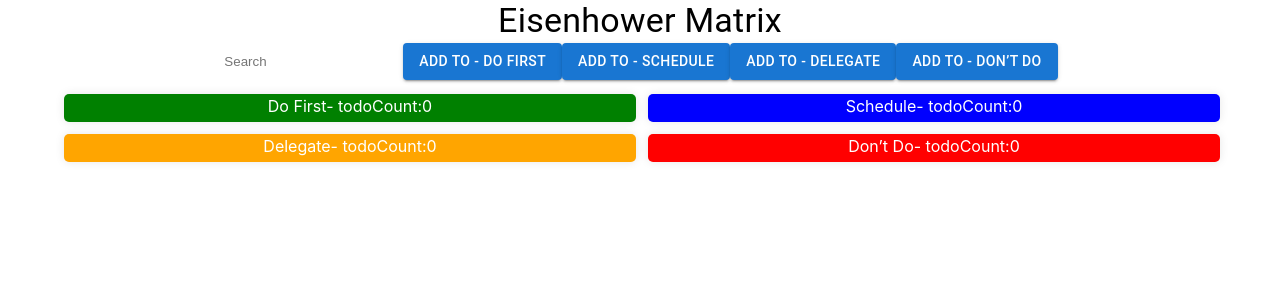
Repository: GokulDev4U/Krixi_react_assignment
Page: /
These files come from the project's save history. The page is drawn as it stood at one moment and after the next save; the edit follows.
The browser window is 1280 px wide. The pictures show the whole page.
The project was rebuilt for these pictures with package versions that can differ from the ones it lists, and the page was loaded fresh each time.

Above is the page before, as saved 2022-04-04 16:26:06.

### src/App.js
import React, { useState } from "react";
import { Container, Grid, Button, Typography } from "@mui/material";
import Card from "./Components/card/Card";
import { useDispatch } from "react-redux";
import { addDoFirst } from "./features/todo/todoSlice";
import { addSchedule } from "./features/todo/todoScheduleSlice";
import { addDelegate } from "./features/todo/todoDelegateSlice";
import { addDontDo } from "./features/todo/todoDontDoSlice";
import "./App.css";

function App() {
  const dispatch = useDispatch();
  const [todo, setTodo] = useState("");
  let finalTodo = todo;
  const handleChange = (e) => {
    setTodo(e.target.value);
  };
  const handleDoFirstButtonClick = (e) => {
    e.preventDefault();
    e.stopPropagation();
    dispatch(addDoFirst(finalTodo));
    setTodo("");
  };
  const handleScheduleButtonClick = (e) => {
    e.preventDefault();
    e.stopPropagation();
    dispatch(addSchedule(finalTodo));
    setTodo("");
  };
  const handleDelegateButtonClick = (e) => {
    e.preventDefault();
    e.stopPropagation();
    dispatch(addDelegate(finalTodo));
    setTodo("");
  };
  const handleDontDoButtonClick = (e) => {
    e.preventDefault();
    e.stopPropagation();
    dispatch(addDontDo(finalTodo));
    setTodo("");
  };
  return (
    <div className="App">
      <Container sx={{ flexGrow: 1 }}>
        <Typography variant="h4">Eisenhower Matrix</Typography>
        <Grid container spacing={2}>
          <Grid item xs={12}>
            <input
              type="text"
              placeholder="Search"
              value={todo}
              onChange={handleChange}
            />
            <Button
              variant="contained"
              color="primary"
              onClick={handleDoFirstButtonClick}
            >
              Add to - do first
            </Button>
            <Button
              variant="contained"
              color="primary"
              onClick={handleScheduleButtonClick}
            >
              Add to - Schedule
            </Button>
            <Button
              variant="contained"
              color="primary"
              onClick={handleDelegateButtonClick}
            >
              Add to - Delegate
            </Button>
            <Button
              variant="contained"
              color="primary"
              onClick={handleDontDoButtonClick}
            >
              Add to - Don’t Do
            </Button>
          </Grid>
          <Grid item xs={6}>
            <Card color="green" title="Do First" flag="doFirst" />
          </Grid>
          <Grid item xs={6}>
            <Card color="blue" title="Schedule" flag="schedule" />
          </Grid>
          <Grid item xs={6}>
            <Card color="orange" title="Delegate" flag="delegate" />
          </Grid>
          <Grid item xs={6}>
            <Card color="red" title="Don’t Do" flag="dontDo" />
          </Grid>
        </Grid>
      </Container>
    </div>
  );
}

export default App;

### src/app/store.js
import { configureStore } from "@reduxjs/toolkit";
import todoReducer from "../features/todo/todoSlice";
import todoScheduleReducer from "../features/todo/todoScheduleSlice";
import todoDelegateReducer from "../features/todo/todoDelegateSlice";
import todoDontDoReducer from "../features/todo/todoDontDoSlice";

export const store = configureStore({
  reducer: {
    todo: todoReducer,
    todoSchedule: todoScheduleReducer,
    todoDelegate: todoDelegateReducer,
    todoDontDo: todoDontDoReducer,
  },
});

### src/Components/card/Card.jsx
import React from 'react';
import { useSelector } from 'react-redux';
import { selectTodoDoFirst } from '../../features/todo/todoSlice';
import { selectTodoSchedule } from '../../features/todo/todoScheduleSlice';
import { selectTodoDelegate } from '../../features/todo/todoDelegateSlice';
import { selectTodoDontDo } from '../../features/todo/todoDontDoSlice';
import EditIcon from '@mui/icons-material/Edit';
import DeleteIcon from '@mui/icons-material/Delete';
import './Card.css';

const Card = ({ color, title, flag }) => {
  const todosDoFirst = useSelector(selectTodoDoFirst);
  const todosSchedule = useSelector(selectTodoSchedule);
  const todosDelegate = useSelector(selectTodoDelegate);
  const todosDontDo = useSelector(selectTodoDontDo);

  let todosDoFirstLength = todosDoFirst.length;
  let todosScheduleLength = todosSchedule.length;
  let todosDelegateLength = todosDelegate.length;
  let todosDontDoLength = todosDontDo.length;

  return (
    <div className='box' style={{ backgroundColor: `${color}` }}>
      <div className="card-title">
        {`${title}- todoCount:${Number((flag === "doFirst" && todosDoFirstLength) || (flag === "schedule" && todosScheduleLength) || (flag === "delegate" && todosDelegateLength) || (flag === "dontDo" && todosDontDoLength))}`}
      </div>
      <div className="card-content">
        {flag === "doFirst" && todosDoFirst?.map((todo, index) => (
          <div key={index}>
            {todo}
          </div>
        ))}
        {flag === "schedule" && todosSchedule?.map((todo, index) => (
          <div key={index}>
            {todo}
          </div>
        ))}
        {flag === "delegate" && todosDelegate?.map((todo, index) => (
          <div key={index}>
            {todo}
          </div>
        ))}
        {flag === "dontDo" && todosDontDo?.map((todo, index) => (
          <div key={index}>
            {todo}
          </div>
        ))}
      </div>
    </div>
  );
};

export default Card;

### src/features/todo/todoSlice.jsx
import { createSlice } from "@reduxjs/toolkit";

const initialState = {
    doFirst: [],
    // schedule: [],
    // delegate: [],
    // dontDo: [],
};

export const todoSlice = createSlice({
    name: "todo",
    initialState,
    reducers: {
        addDoFirst: (state, action) => {
            state.doFirst.push(action.payload);
        },
        // addSchedule: (state, action) => {
        //     state.schedule.push(action.payload);
        // },
        // addDelegate: (state, action) => {
        //     state.delegate.push(action.payload);
        // },
        // addDontDo: (state, action) => {
        //     state.dontDo.push(action.payload);
        // },
        remove: (state) => {
            // state.value -= 1;
        },
        edit: (state, action) => {
            // state.value += action.payload;
        },
    },
});

export const { addDoFirst, addDelegate, addSchedule, addDontDo, remove, edit } = todoSlice.actions;

export const selectTodoDoFirst = (state) => state.todo.doFirst;
// export const selectTodoSchedule = (state) => state.todo.schedule;
// export const selectTodoDelegate = (state) => state.todo.delegate;
// export const selectTodoDontDo = (state) => state.todo.dontDo;

export default todoSlice.reducer;

### src/features/todo/todoScheduleSlice.jsx
import { createSlice } from "@reduxjs/toolkit";

const initialState = {
    schedule: [],
};

export const todoScheduleSlice = createSlice({
    name: "todoSchedule",
    initialState,
    reducers: {
        addSchedule: (state, action) => {
            state.schedule.push(action.payload);
        },
        remove: (state) => {

        },
        edit: (state, action) => {

        },
    },
});

export const { addSchedule, remove, edit } = todoScheduleSlice.actions;

export const selectTodoSchedule = (state) => state.todoSchedule.schedule;

export default todoScheduleSlice.reducer;

### src/features/todo/todoDelegateSlice.jsx
import { createSlice } from "@reduxjs/toolkit";

const initialState = {
    delegate: [],
};

export const todoDelegateSlice = createSlice({
    name: "todoDelegate",
    initialState,
    reducers: {
        addDelegate: (state, action) => {
            state.delegate.push(action.payload);
        },
        remove: (state) => {

        },
        edit: (state, action) => {

        },
    },
});

export const { addDelegate, remove, edit } = todoDelegateSlice.actions;

export const selectTodoDelegate = (state) => state.todoDelegate.delegate;

export default todoDelegateSlice.reducer;

### src/features/todo/todoDontDoSlice.jsx
import { createSlice } from "@reduxjs/toolkit";

const initialState = {
    dontDo: [],
};

export const todoDontDoSlice = createSlice({
    name: "todoDontDo",
    initialState,
    reducers: {
        addDontDo: (state, action) => {
            state.dontDo.push(action.payload);
        },
        remove: (state) => {

        },
        edit: (state, action) => {

        },
    },
});

export const { addDontDo, remove, edit } = todoDontDoSlice.actions;

export const selectTodoDontDo = (state) => state.todoDontDo.dontDo;

export default todoDontDoSlice.reducer;

### src/App.css
.App {
  text-align: center;
}

input {
  /* width: 100%; */
  height: 100%;
  border: 0px;
}

### src/Components/card/Card.css
 .box{
    width: 100%;
    height: 100%;
    color: #fff;
    border-radius: 5px;
    box-shadow: 0 0 10px rgba(0,0,0,0.1);
    overflow: hidden;
    cursor: pointer;
    padding: 2px;
 }

Loaded but not shown: public/index.html (common file); src/index.js (common file); src/index.css (common file); src/serviceWorker.js (common file)

After the next save:
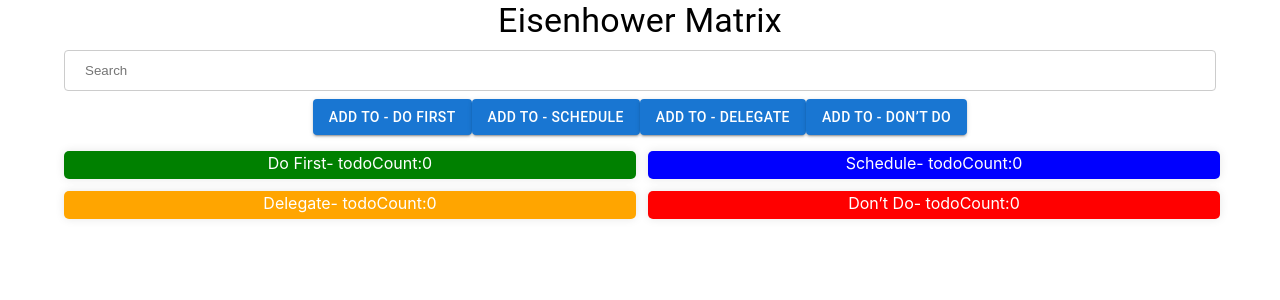
Saved 50 s later.
--- a/src/App.css
+++ b/src/App.css
@@ -2,8 +2,12 @@
   text-align: center;
 }
 
-input {
-  /* width: 100%; */
-  height: 100%;
-  border: 0px;
+input[type=text]{
+  width: 100%;
+  padding: 12px 20px;
+  margin: 8px 0;
+  display: inline-block;
+  border: 1px solid #ccc;
+  border-radius: 4px;
+  box-sizing: border-box;
 }
